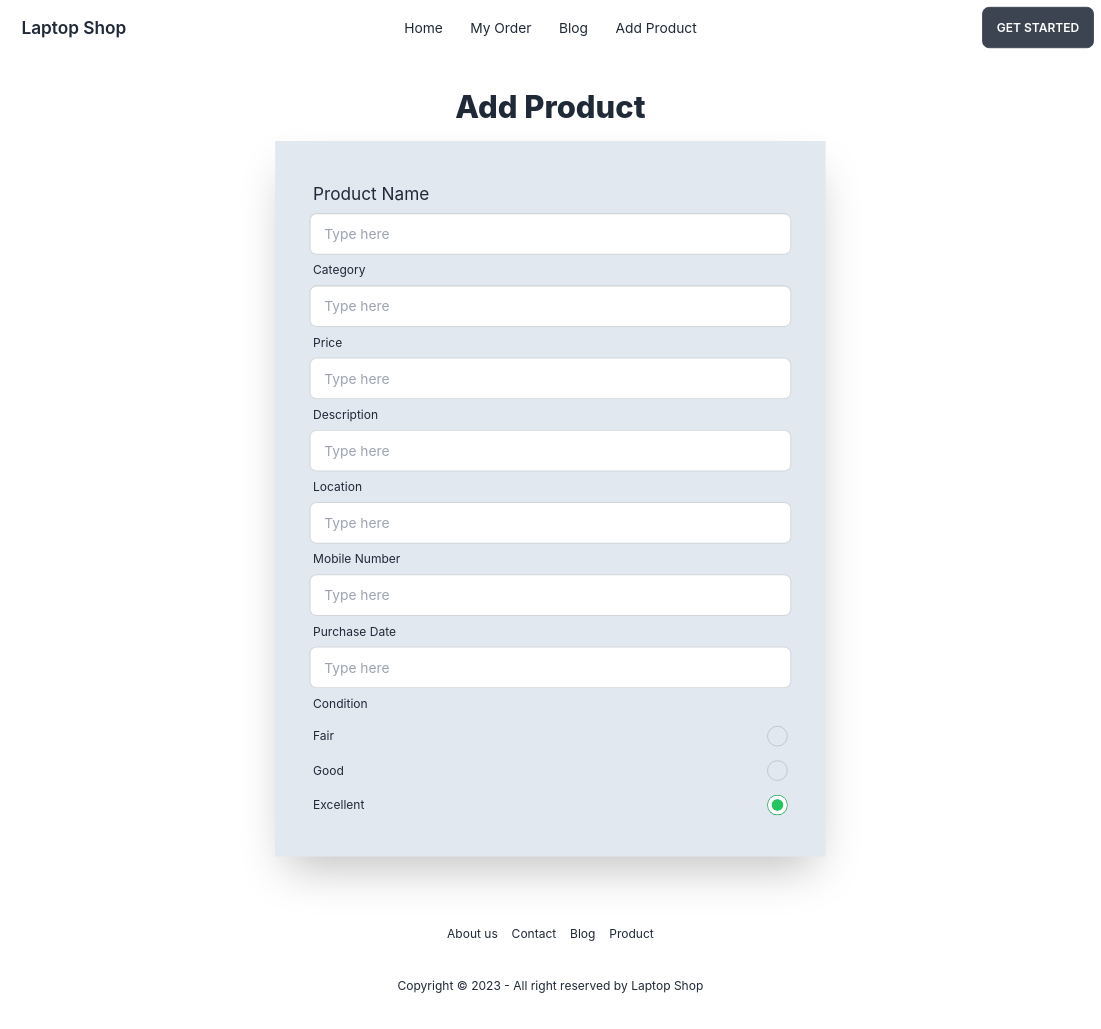
Repository: mdsajib50/E-commerce
Page: /add-product
An editor plug-in stored every save of this project. The page is shown before and after the next save, followed by the edit.
The browser window is 1280 px wide. The pictures show the whole page, at 86% of full size.
The project was rebuilt for these pictures with package versions that can differ from the ones it lists, and the page was loaded fresh each time. Also part of the build but not shown: src/Pages/Home/Banner/Banner.js, src/Pages/Home/Product/ProductCard.js, src/Pages/Home/Product/Product.js, src/Pages/Home/Home/Home.js.

Above is the page before, as saved 2023-01-11 23:25:07.

### src/App.js
import logo from './logo.svg';
import './App.css';
import { RouterProvider } from 'react-router';
import router from './Routes/Router';

function App() {
  return (
    <div className="App">
        <RouterProvider router={router}></RouterProvider>
    </div>
  );
}

export default App;

### src/Routes/Router.js
import React from 'react';
import { createBrowserRouter } from 'react-router-dom';
import Main from '../Layout/Main/Main';
import AddProduct from '../Pages/AddProduct/AddProduct';
import Home from '../Pages/Home/Home/Home';

const router = createBrowserRouter([
    {
        path: '/',
        element: <Main></Main>,
        children:[
            {
                path:'/',
                element:<Home></Home>
            },
            {
                path:'/home',
                element:<Home></Home>
            },
            {
                path: '/add-product',
                element: <AddProduct></AddProduct>
            }
        ]
    }
])

export default router;

### src/Layout/Main/Main.js
import React from 'react';
import { Outlet } from 'react-router';
import Footer from '../../Pages/Shared/Footer/Footer';
import Header from '../../Pages/Shared/Header/Header';

const Main = () => {
    return (
        <div>
            <Header></Header>
            <Outlet></Outlet>
            <Footer></Footer>
        </div>
    );
};

export default Main;

### src/Pages/AddProduct/AddProduct.js
import React from 'react';

const AddProduct = () => {
    return (
        <div className='my-10'>
            <h1 className='text-center font-extrabold text-4xl'>Add Product</h1>
           <div className=' text-center w-1/2 mx-auto shadow-2xl bg-slate-200 p-10 mt-5'>
                <form>
                    <div className="form-control">
                        <label className="label">
                            <span className="label-text text text-xl">Product Name</span>
                        </label>
                        <input type="text" name='product_name' placeholder="Type here" className="input input-bordered" />
                    </div>
                    <div className="form-control">
                        <label className="label">
                            <span className="label-text text">Category</span>
                        </label>
                        <input type="text" name='category' placeholder="Type here" className="input input-bordered" />
                    </div>
                    <div className="form-control">
                        <label className="label">
                            <span className="label-text text">Price</span>
                        </label>
                        <input type="text" name='price' placeholder="Type here" className="input input-bordered" />
                    </div>
                    <div className="form-control">
                        <label className="label">
                            <span className="label-text text">Description</span>
                        </label>
                        <input type="text" name='description' placeholder="Type here" className="input input-bordered" />
                    </div>
                    <div className="form-control">
                        <label className="label">
                            <span className="label-text text">Location</span>
                        </label>
                        <input type="text" name='location' placeholder="Type here" className="input input-bordered" />
                    </div>
                    <div className="form-control">
                        <label className="label">
                            <span className="label-text text">Mobile Number</span>
                        </label>
                        <input type="text" name='mobile' placeholder="Type here" className="input input-bordered" />
                    </div>
                    <div className="form-control">
                        <label className="label">
                            <span className="label-text text">Purchase Date </span>
                        </label>
                        <input type="text" name='date' placeholder="Type here" className="input input-bordered" />
                    </div>
                    <div className="form-control rounded-xl">
                    <label className="label">
                            <span className="label-text text">Condition </span>
                        </label>
                        <div className="form-control">
                            <label className="label cursor-pointer">
                                <span className="label-text text">Fair</span>
                                <input type="radio" value='fair' name="condition" className="radio checked:bg-red-500" checked />
                            </label>
                            </div>
                            <div className="form-control">
                            <label className="label cursor-pointer">
                                <span className="label-text text">Good</span>
                                <input type="radio" value='good' name="condition" className="radio checked:bg-blue-500" checked />
                            </label>
                        </div>
                            <div className="form-control">
                            <label className="label cursor-pointer">
                                <span className="label-text text">Excellent</span>
                                <input type="radio" value='excellent' name="condition" className="radio checked:bg-green-500" checked />
                            </label>
                        </div>
                    </div>
                    </form>
           </div>
        </div>
    );
};

export default AddProduct;

### src/Pages/Shared/Footer/Footer.js
import React from 'react';

const Footer = () => {
    return (
        <footer className="footer footer-center p-10 text-base-content rounded mt-10">
            <div className="grid grid-flow-col gap-4">
                <a className="link link-hover">About us</a>
                <a className="link link-hover">Contact</a>
                <a className="link link-hover">Blog</a>
                <a className="link link-hover">Product</a>
            </div>
            <div>
                <p>Copyright © 2023 - All right reserved by Laptop Shop</p>
            </div>
</footer>
    );
};

export default Footer;

### src/Pages/Shared/Header/Header.js
import React from 'react';
import { Link } from 'react-router-dom';

const Header = () => {
    return (
        <div className="navbar bg-base-100">
        <div className="navbar-start">
            <div className="dropdown">
            <label tabIndex={0} className="btn btn-ghost lg:hidden">
                <svg xmlns="http://www.w3.org/2000/svg" className="h-5 w-5" fill="none" viewBox="0 0 24 24" stroke="currentColor"><path strokeLinecap="round" strokeLinejoin="round" strokeWidth="2" d="M4 6h16M4 12h8m-8 6h16" /></svg>
            </label>
            <ul tabIndex={0} className="menu menu-compact dropdown-content mt-3 p-2 shadow bg-base-100 rounded-box w-52">
                <li><Link to='/home'>Home</Link></li>
                <li><Link to='/myorder'>My Order</Link></li>
                <li><Link to='/blog'>Blog</Link></li>
                <li><Link to='/add-product'>Add A Product</Link></li>
            </ul>
            </div>
            <a className="btn btn-ghost normal-case text-xl">Laptop Shop</a>
        </div>
        <div className="navbar-center hidden lg:flex">
            <ul className="menu menu-horizontal px-1">
                <li><Link to='/home'>Home</Link></li>
                <li><Link to='/myorder'>My Order</Link></li>
                <li><Link to='/blog'>Blog</Link></li>
                <li><Link to='/add-product'>Add Product</Link></li>
            </ul>
        </div>
        <div className="navbar-end">
            <a className="btn">Get started</a>
        </div>
</div>
    );
};

export default Header;

Loaded but not shown: src/index.js (common file); src/index.css (common file); src/reportWebVitals.js (common file); src/App.css (common file); tailwind.config.js (common file)

After the next save:
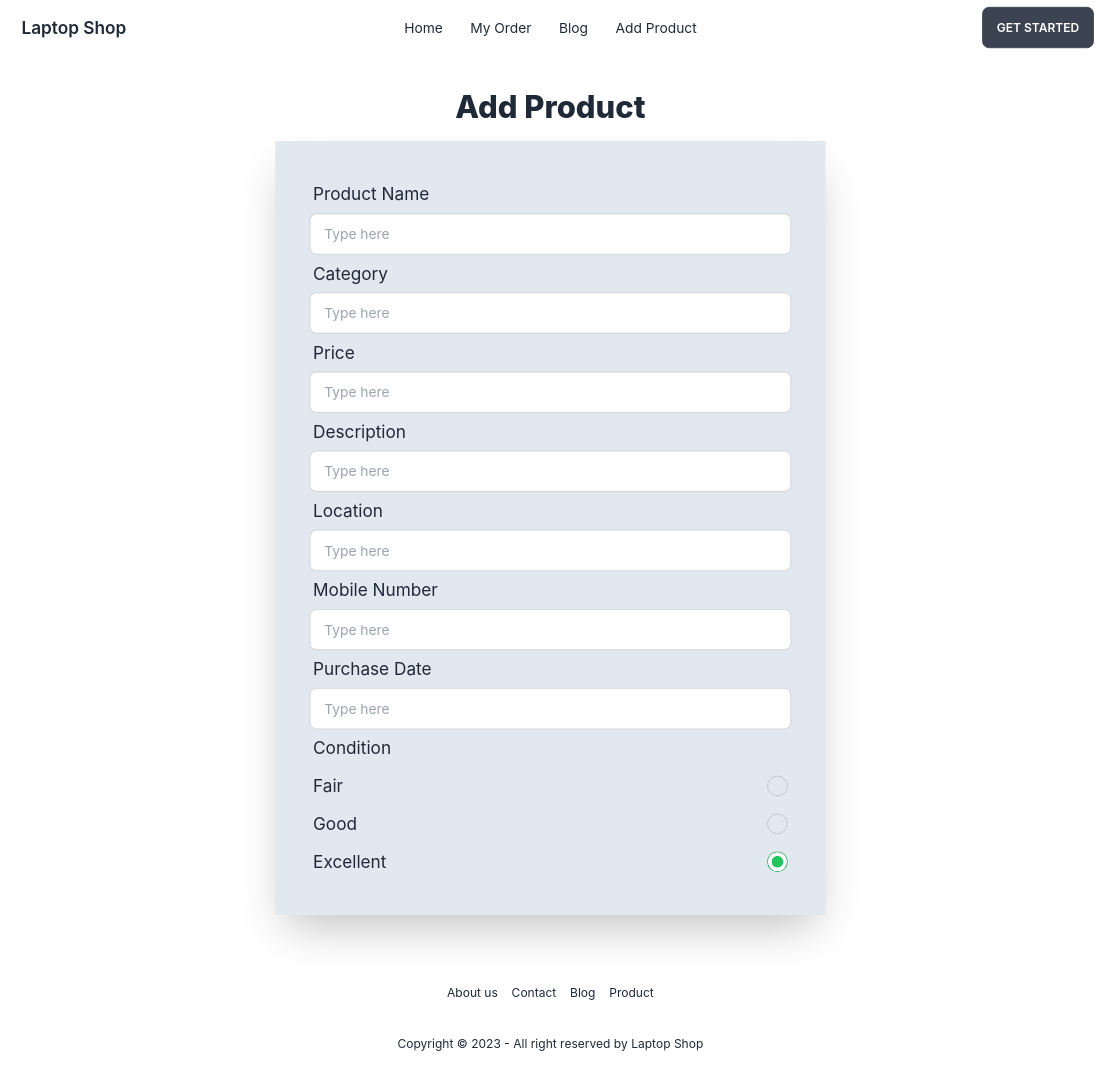
Saved 4 s later.
--- a/src/Pages/AddProduct/AddProduct.js
+++ b/src/Pages/AddProduct/AddProduct.js
@@ -8,65 +8,65 @@ const AddProduct = () => {
                 <form>
                     <div className="form-control">
                         <label className="label">
-                            <span className="label-text text text-xl">Product Name</span>
+                            <span className="label-text text-xl text-xl">Product Name</span>
                         </label>
                         <input type="text" name='product_name' placeholder="Type here" className="input input-bordered" />
                     </div>
                     <div className="form-control">
                         <label className="label">
-                            <span className="label-text text">Category</span>
+                            <span className="label-text text-xl">Category</span>
                         </label>
                         <input type="text" name='category' placeholder="Type here" className="input input-bordered" />
                     </div>
                     <div className="form-control">
                         <label className="label">
-                            <span className="label-text text">Price</span>
+                            <span className="label-text text-xl">Price</span>
                         </label>
                         <input type="text" name='price' placeholder="Type here" className="input input-bordered" />
                     </div>
                     <div className="form-control">
                         <label className="label">
-                            <span className="label-text text">Description</span>
+                            <span className="label-text text-xl">Description</span>
                         </label>
                         <input type="text" name='description' placeholder="Type here" className="input input-bordered" />
                     </div>
                     <div className="form-control">
                         <label className="label">
-                            <span className="label-text text">Location</span>
+                            <span className="label-text text-xl">Location</span>
                         </label>
                         <input type="text" name='location' placeholder="Type here" className="input input-bordered" />
                     </div>
                     <div className="form-control">
                         <label className="label">
-                            <span className="label-text text">Mobile Number</span>
+                            <span className="label-text text-xl">Mobile Number</span>
                         </label>
                         <input type="text" name='mobile' placeholder="Type here" className="input input-bordered" />
                     </div>
                     <div className="form-control">
                         <label className="label">
-                            <span className="label-text text">Purchase Date </span>
+                            <span className="label-text text-xl">Purchase Date </span>
                         </label>
                         <input type="text" name='date' placeholder="Type here" className="input input-bordered" />
                     </div>
                     <div className="form-control rounded-xl">
                     <label className="label">
-                            <span className="label-text text">Condition </span>
+                            <span className="label-text text-xl">Condition </span>
                         </label>
                         <div className="form-control">
                             <label className="label cursor-pointer">
-                                <span className="label-text text">Fair</span>
+                                <span className="label-text text-xl">Fair</span>
                                 <input type="radio" value='fair' name="condition" className="radio checked:bg-red-500" checked />
                             </label>
                             </div>
                             <div className="form-control">
                             <label className="label cursor-pointer">
-                                <span className="label-text text">Good</span>
+                                <span className="label-text text-xl">Good</span>
                                 <input type="radio" value='good' name="condition" className="radio checked:bg-blue-500" checked />
                             </label>
                         </div>
                             <div className="form-control">
                             <label className="label cursor-pointer">
-                                <span className="label-text text">Excellent</span>
+                                <span className="label-text text-xl">Excellent</span>
                                 <input type="radio" value='excellent' name="condition" className="radio checked:bg-green-500" checked />
                             </label>
                         </div>
